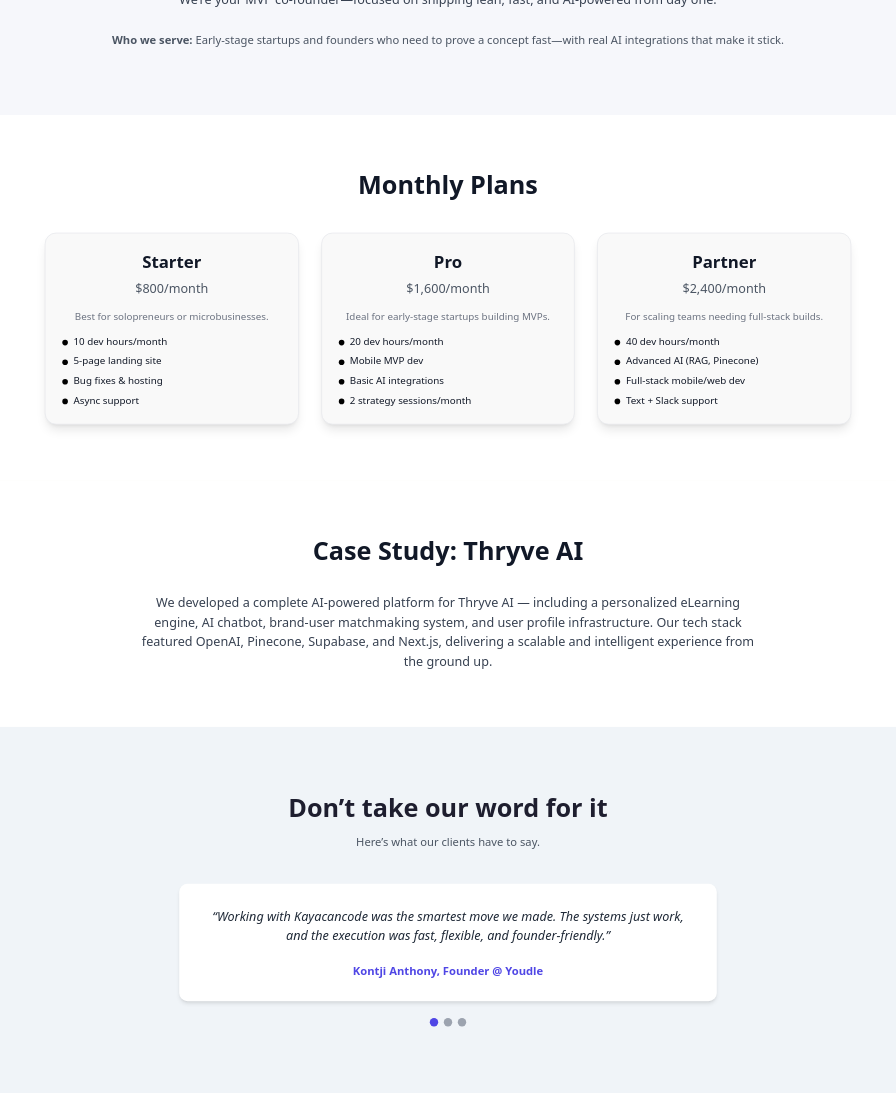
Repository: kayacancode/kayacancode-agency
Page: /business-workflows
The author's editor kept a copy of each file at every save. The page is drawn from the files as they stood at one save, then again after the next save.
The browser window is 1280 px wide. The pictures show the part of the page from y = 959 to 2879 px (the page is 2521 px tall before and 3189 px after), at 70% of full size.
The project was rebuilt for these pictures with package versions that can differ from the ones it lists, and the page was loaded fresh each time.

Above is the page before, as saved 2025-04-22 14:11:59.

### src/App.js
import React from 'react';
import { motion } from 'framer-motion';
import { useState } from 'react';

export default function AgencyLandingPage() {
  const testimonials = [
    {
      author: 'Kontji Anthony, Founder @ Youdle',
      text: 'Working with Kayacancode was the smartest move we made. The systems just work, and the execution was fast, flexible, and founder-friendly.',
    },
    {
      author: 'Placeholder Name, Startup X',
      text: 'This is a placeholder testimonial for future video or text-based feedback. It will rotate in a slider style.',
    },
    {
      author: 'Placeholder Name, Startup Y',
      text: 'Another client placeholder testimonial. Consider embedding a short video clip here in the future.',
    },
  ];

  const [index, setIndex] = useState(0);


  const goToTestimonial = (i) => {
    setIndex(i);
  };
  return (
    <div className="min-h-screen bg-[#fdfcfa] text-gray-900 font-sans">
      {/* Hero Section */}
      <section className="px-6 py-36 bg-gradient-to-br from-[#f2f2ff] via-[#e8f0fe] to-[#d9e7ff] text-center">
        <motion.h1
          initial={{ opacity: 0, y: 30 }}
          animate={{ opacity: 1, y: 0 }}
          transition={{ duration: 1 }}
          className="text-6xl font-extrabold text-[#1e1e2f] max-w-5xl mx-auto leading-tight"
        >
          Build Fast. Launch Smart.
        </motion.h1>
        <motion.p
          initial={{ opacity: 0, y: 20 }}
          animate={{ opacity: 1, y: 0 }}
          transition={{ delay: 0.3, duration: 1 }}
          className="mt-6 text-xl text-[#3a3a4f] max-w-3xl mx-auto"
        >
          AI-Powered Product & App Development for Startups, Creatives, and Founders
        </motion.p>
        <motion.button
          initial={{ opacity: 0, y: 20 }}
          animate={{ opacity: 1, y: 0 }}
          transition={{ delay: 0.5, duration: 0.8 }}
          className="mt-10 px-8 py-4 bg-[#4f46e5] text-white rounded-2xl font-semibold hover:bg-[#4338ca] transition"
        >
          Get Started
        </motion.button>
      </section>

      {/* Pain Point Section */}

      {/* Pain Point Section */}
      <motion.section
        initial={{ opacity: 0 }}
        whileInView={{ opacity: 1 }}
        viewport={{ once: true }}
        transition={{ duration: 1 }}
        className="px-6 py-24 bg-[#f6f7fb] text-center"
      >
        <h2 className="text-4xl font-bold mb-4 text-[#1f2937]">That Technical Co-founder You’ve Been Looking For</h2>
        <p className="text-lg text-gray-700 max-w-3xl mx-auto mb-6">
          Run your product on auto-pilot while we build your base MVP with speed, quality, and strategy.
        </p>
        <div className="max-w-4xl mx-auto text-left text-gray-800">
          <h3 className="text-2xl font-semibold mb-2">The Problem:</h3>
          <ul className="list-disc ml-6 space-y-2">
            <li>Non-technical founders want to build, but lack time and a technical network.</li>
            <li>Cheap labor overseas causes miscommunication and lacks transparency.</li>
            <li>Founders want someone who feels like part of the team—genuine, invested, and local.</li>
            <li>They crave authentic collaboration and a modern build process.</li>
          </ul>
        </div>
        <div className="mt-10 text-lg text-gray-700">

          <p className="mt-4">We’re your MVP co-founder—focused on shipping lean, fast, and AI-powered from day one.</p>
        </div>
        <div className="mt-8 text-gray-600">
          <p><strong>Who we serve:</strong> Early-stage startups and founders who need to prove a concept fast—with real AI integrations that make it stick.</p>
        </div>
      </motion.section>

      {/* Plans Section */}
      <section className="px-6 py-20 bg-white text-center">
        <h2 className="text-4xl font-bold mb-12">Monthly Plans</h2>
        <div className="grid grid-cols-1 md:grid-cols-3 gap-8 max-w-6xl mx-auto">
          {[
            {
              title: 'Starter',
              price: '$800/month',
              description: 'Best for solopreneurs or microbusinesses.',
              features: [
                '10 dev hours/month',
                '5-page landing site',
                'Bug fixes & hosting',
                'Async support',
              ],
            },
            {
              title: 'Pro',
              price: '$1,600/month',
              description: 'Ideal for early-stage startups building MVPs.',
              features: [
                '20 dev hours/month',
                'Mobile MVP dev',
                'Basic AI integrations',
                '2 strategy sessions/month',
              ],
            },
            {
              title: 'Partner',
              price: '$2,400/month',
              description: 'For scaling teams needing full-stack builds.',
              features: [
                '40 dev hours/month',
                'Advanced AI (RAG, Pinecone)',
                'Full-stack mobile/web dev',
                'Text + Slack support',
              ],
            },
          ].map((plan, idx) => (
            <div key={idx} className="bg-[#f9f9f9] shadow-lg rounded-2xl p-6 border hover:shadow-xl transition">
              <h3 className="text-2xl font-semibold mb-2">{plan.title}</h3>
              <p className="text-lg text-gray-600 mb-4">{plan.price}</p>
              <p className="text-sm text-gray-500 mb-4">{plan.description}</p>
              <ul className="text-left space-y-2 text-sm">
                {plan.features.map((f, i) => (
                  <li key={i} className="flex items-start">
                    <span className="w-2 h-2 mt-2 mr-2 bg-black rounded-full" /> {f}
                  </li>
                ))}
              </ul>
            </div>
          ))}
        </div>
      </section>

      {/* Case Study Section */}
      <section className="px-6 py-20 bg-[#ffffff] text-center">
        <h2 className="text-4xl font-bold mb-10">Case Study: Thryve AI</h2>
        <div className="max-w-4xl mx-auto text-lg text-gray-700">
          <p>
            We developed a complete AI-powered platform for Thryve AI — including a personalized eLearning engine, AI chatbot, brand-user matchmaking system, and user profile infrastructure. Our tech stack featured OpenAI, Pinecone, Supabase, and Next.js, delivering a scalable and intelligent experience from the ground up.
          </p>
        </div>
      </section>

      {/* Testimonial Section */}

      {/* Testimonial Section */}
      <motion.section
        initial={{ opacity: 0 }}
        whileInView={{ opacity: 1 }}
        viewport={{ once: true }}
        transition={{ duration: 1 }}
        className="px-6 py-24 bg-[#f0f4f8] text-center"
      >
        <h2 className="text-4xl font-bold text-[#1e1e2f] mb-4">Don’t take our word for it</h2>
        <p className="text-gray-600 mb-12">Here’s what our clients have to say.</p>
        <div className="max-w-3xl mx-auto p-8 bg-white rounded-xl shadow-md transition-all">
          <p className="italic text-lg text-gray-800 mb-6">“{testimonials[index].text}”</p>
          <p className="font-semibold text-[#4f46e5]">{testimonials[index].author}</p>
        </div>
        <div className="flex justify-center gap-2 mt-6">
          {testimonials.map((_, i) => (
            <button
              key={i}
              onClick={() => goToTestimonial(i)}
              className={`w-3 h-3 rounded-full transition ${
                i === index ? 'bg-[#4f46e5]' : 'bg-gray-400'
              }`}
            />
          ))}
        </div>
      </motion.section>
    </div>
  );
}

Loaded but not shown: public/index.html (common file); src/index.js (common file); src/index.css (common file); src/reportWebVitals.js (common file); tailwind.config.js (common file)

After the next save:
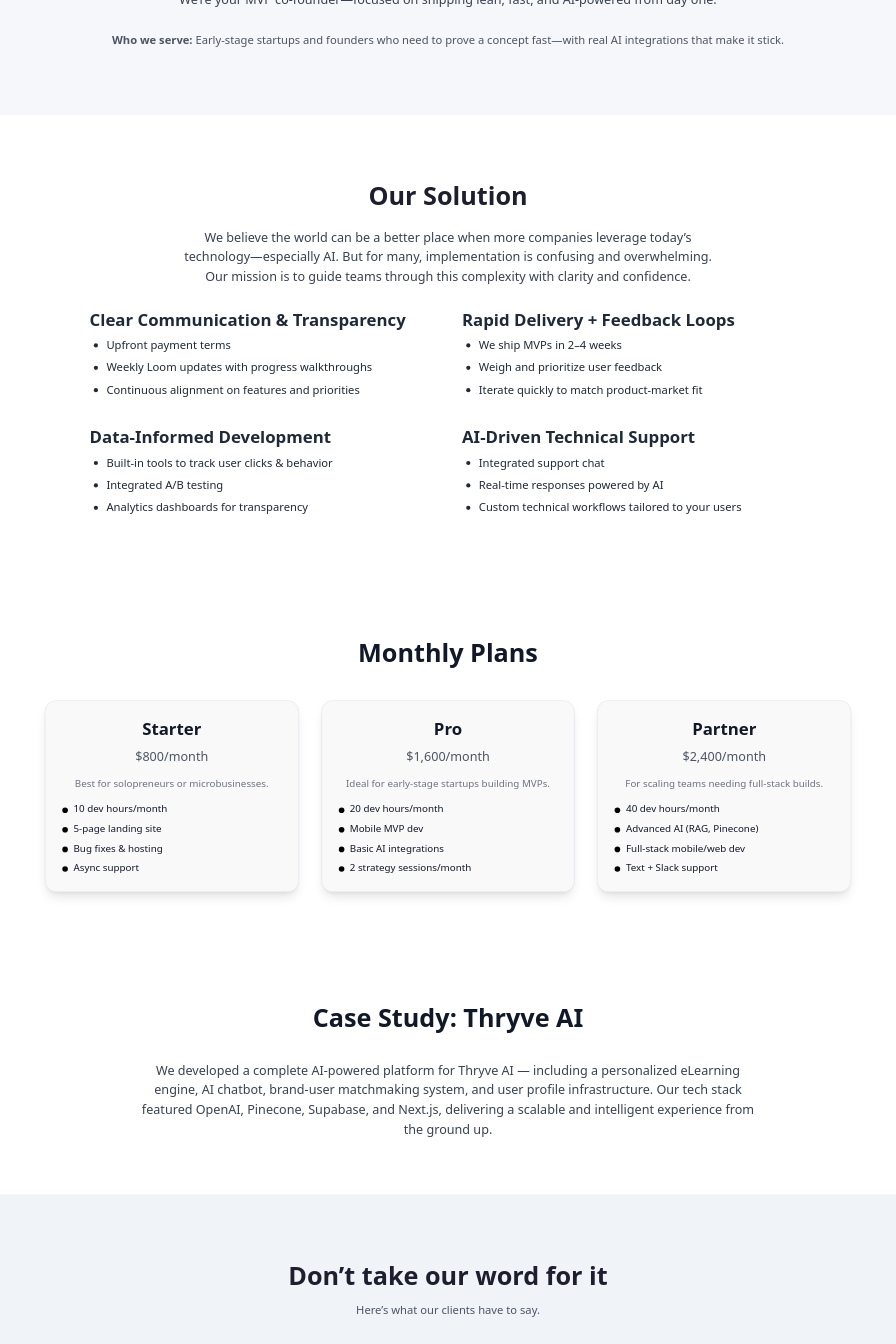
Saved 5 min 50 s later.
--- a/src/App.js
+++ b/src/App.js
@@ -54,7 +54,6 @@
         </motion.button>
       </section>
 
-      {/* Pain Point Section */}
 
       {/* Pain Point Section */}
       <motion.section
@@ -83,6 +82,52 @@
         </div>
         <div className="mt-8 text-gray-600">
           <p><strong>Who we serve:</strong> Early-stage startups and founders who need to prove a concept fast—with real AI integrations that make it stick.</p>
+        </div>
+      </motion.section>
+      <motion.section
+        initial={{ opacity: 0 }}
+        whileInView={{ opacity: 1 }}
+        viewport={{ once: true }}
+        transition={{ duration: 1 }}
+        className="px-6 py-24 bg-white text-center"
+      >
+        <h2 className="text-4xl font-bold text-[#1e1e2f] mb-6">Our Solution</h2>
+        <p className="text-lg max-w-3xl mx-auto text-gray-700 mb-8">
+          We believe the world can be a better place when more companies leverage today’s technology—especially AI. But for many, implementation is confusing and overwhelming. Our mission is to guide teams through this complexity with clarity and confidence.
+        </p>
+        <div className="max-w-5xl mx-auto grid grid-cols-1 md:grid-cols-2 gap-10 text-left text-gray-800">
+          <div>
+            <h3 className="text-2xl font-semibold mb-2">Clear Communication & Transparency</h3>
+            <ul className="list-disc ml-6 space-y-2">
+              <li>Upfront payment terms</li>
+              <li>Weekly Loom updates with progress walkthroughs</li>
+              <li>Continuous alignment on features and priorities</li>
+            </ul>
+          </div>
+          <div>
+            <h3 className="text-2xl font-semibold mb-2">Rapid Delivery + Feedback Loops</h3>
+            <ul className="list-disc ml-6 space-y-2">
+              <li>We ship MVPs in 2–4 weeks</li>
+              <li>Weigh and prioritize user feedback</li>
+              <li>Iterate quickly to match product-market fit</li>
+            </ul>
+          </div>
+          <div>
+            <h3 className="text-2xl font-semibold mb-2">Data-Informed Development</h3>
+            <ul className="list-disc ml-6 space-y-2">
+              <li>Built-in tools to track user clicks & behavior</li>
+              <li>Integrated A/B testing</li>
+              <li>Analytics dashboards for transparency</li>
+            </ul>
+          </div>
+          <div>
+            <h3 className="text-2xl font-semibold mb-2">AI-Driven Technical Support</h3>
+            <ul className="list-disc ml-6 space-y-2">
+              <li>Integrated support chat</li>
+              <li>Real-time responses powered by AI</li>
+              <li>Custom technical workflows tailored to your users</li>
+            </ul>
+          </div>
         </div>
       </motion.section>
 
